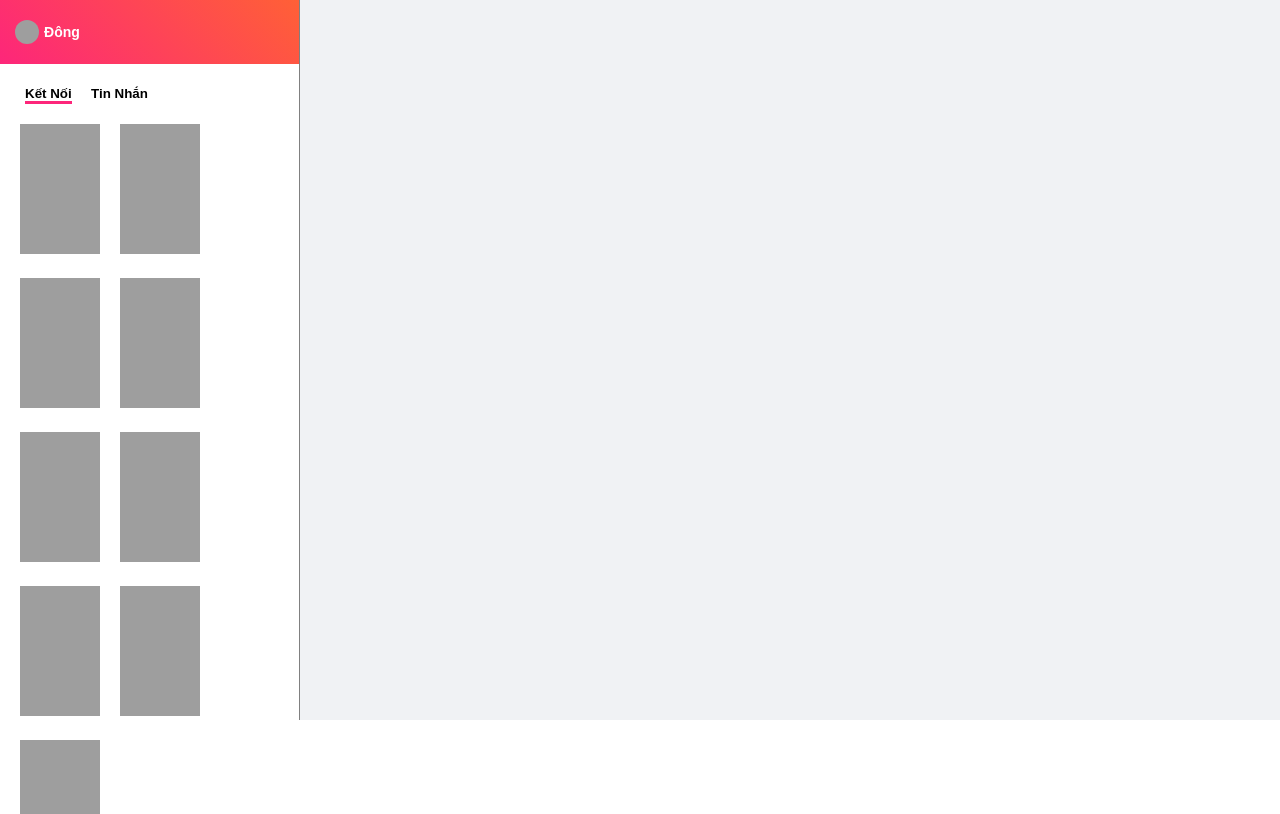
Repository: conquy2002/T2009A
Page: Project RobinTinder/website/index.html
The author's editor kept a copy of each file at every save. The page is drawn from the files as they stood at one save, then again after the next save.
The browser window is 1280 px wide. The pictures show the whole page.
Pictures or frames that could not be fetched are drawn as grey boxes.

Above is the page before, as saved 2022-01-07 09:42:30.

After the next save:
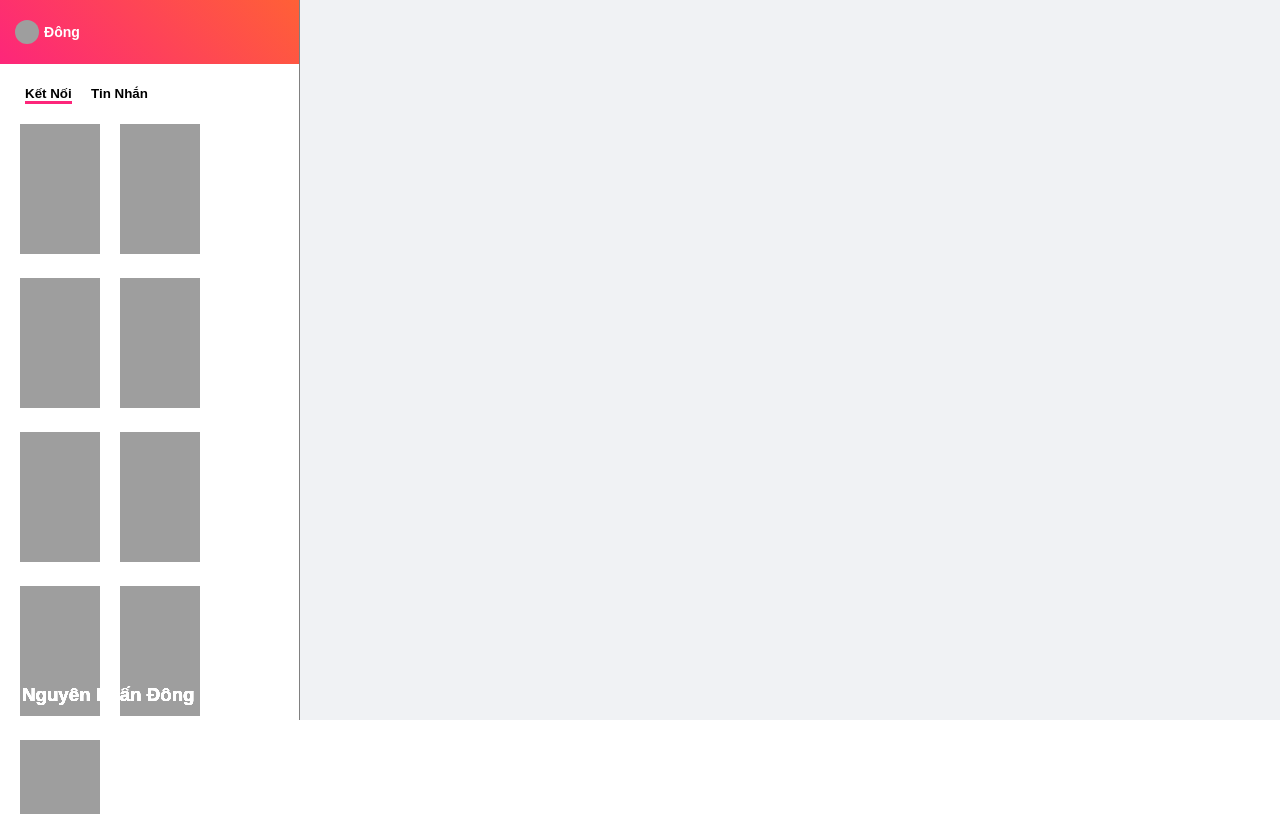
Saved 5 min 25 s later.
--- a/Project RobinTinder/website/css/style.css
+++ b/Project RobinTinder/website/css/style.css
@@ -94,12 +94,8 @@
 }
 .nav__content-main .connection .connection_span h3{
     position: absolute;
-
-    hyphens: none;
-    white-space: nowrap;
-    text-overflow: ellipsis;
-    overflow: hidden;
-    max-width: 100%;
+    bottom: 8px;
+    left: 16px;
 }
 .content{
 
